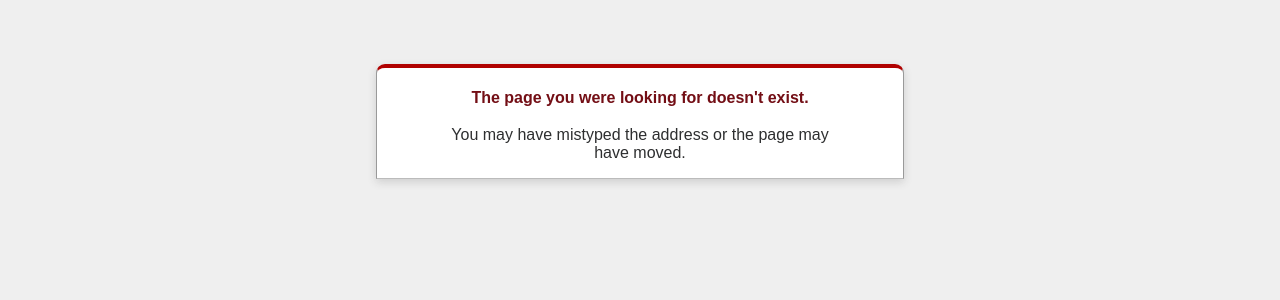
Repository: demesvardestin/demesvar.com
Page: public/404.html
The author's editor kept a record of every edit. The page is drawn from the files as they stood at one moment, then again after the next edit.
The browser window is 1280 px wide. The pictures show the whole page.

Above is the page before.

### public/404.html
<!DOCTYPE html>
<html>
<head>
  <title>The page you were looking for doesn't exist (404)</title>
  <meta name="viewport" content="width=device-width,initial-scale=1">
  <style>
  body {
    background-color: #EFEFEF;
    color: #2E2F30;
    text-align: center;
    font-family: arial, sans-serif;
    margin: 0;
  }

  div.dialog {
    width: 95%;
    max-width: 33em;
    margin: 4em auto 0;
  }

  div.dialog > div {
    border: 1px solid #CCC;
    border-right-color: #999;
    border-left-color: #999;
    border-bottom-color: #BBB;
    border-top: #B00100 solid 4px;
    border-top-left-radius: 9px;
    border-top-right-radius: 9px;
    background-color: white;
    padding: 7px 12% 0;
    box-shadow: 0 3px 8px rgba(50, 50, 50, 0.17);
  }

  h1 {
    font-size: 100%;
    color: #730E15;
    line-height: 1.5em;
  }

  div.dialog > p {
    margin: 0 0 1em;
    padding: 1em;
    background-color: #F7F7F7;
    border: 1px solid #CCC;
    border-right-color: #999;
    border-left-color: #999;
    border-bottom-color: #999;
    border-bottom-left-radius: 4px;
    border-bottom-right-radius: 4px;
    border-top-color: #DADADA;
    color: #666;
    box-shadow: 0 3px 8px rgba(50, 50, 50, 0.17);
  }
  </style>
</head>

<body>
  <!-- This file lives in public/404.html -->
  <div class="dialog">
    <div>
      <h1>The page you were looking for doesn't exist.</h1>
      <p>You may have mistyped the address or the page may have moved.</p>
    </div>
  </div>
</body>
</html>

After the next edit:
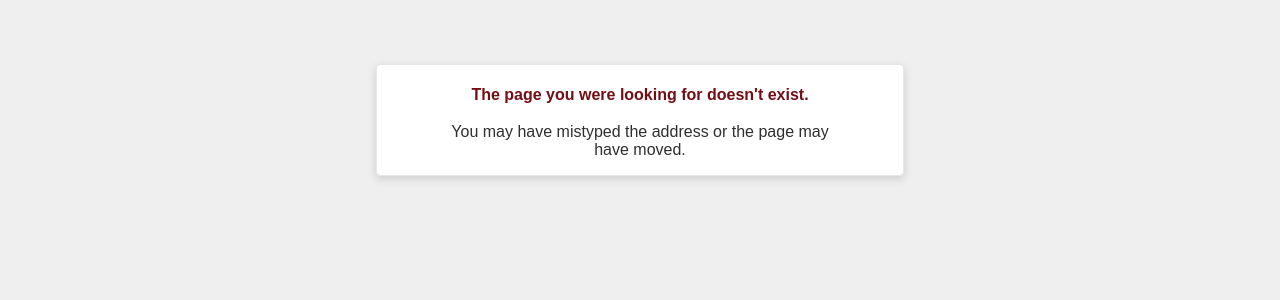
The edit:
--- a/public/404.html
+++ b/public/404.html
@@ -20,12 +20,8 @@
 
   div.dialog > div {
     border: 1px solid #CCC;
-    border-right-color: #999;
-    border-left-color: #999;
-    border-bottom-color: #BBB;
-    border-top: #B00100 solid 4px;
-    border-top-left-radius: 9px;
-    border-top-right-radius: 9px;
+    border: 1px solid #e7e7e9;
+    border-radius: 4px;
     background-color: white;
     padding: 7px 12% 0;
     box-shadow: 0 3px 8px rgba(50, 50, 50, 0.17);
